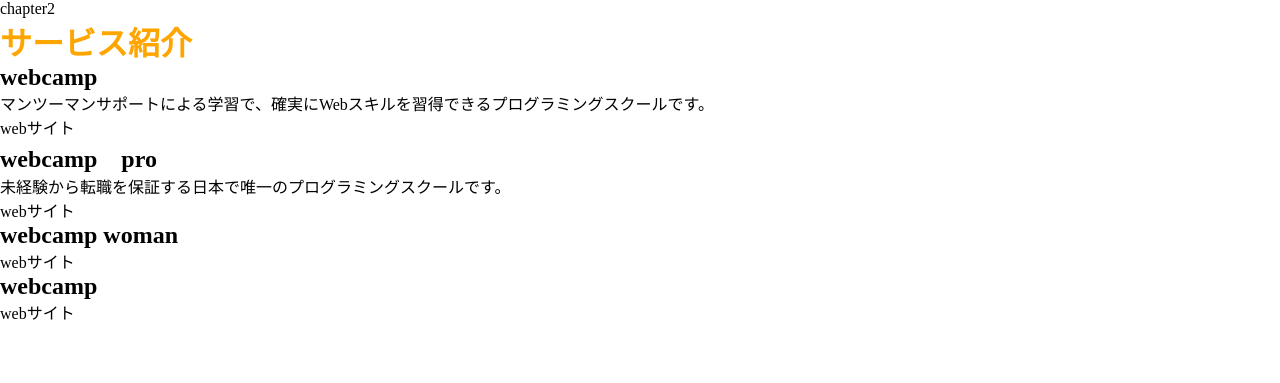
Repository: YuraTajima/DMM-all
Page: chapter2/chapter2.html
The author's editor kept a record of every edit. The page is drawn from the files as they stood at one moment, then again after the next edit.
The browser window is 1280 px wide. The pictures show the whole page.

Above is the page before.

### chapter2/chapter2.html
<!DOCTYPE html>
<html lang="ja">

  <head>

    <meta charset="UTF-8" />

    <link rel="stylesheet" href="chapter2.css" />

    <time>chapter2</time>

  </head>

  <body>

    <h1>サービス紹介</h1>


    <h2>webcamp</h2>

    <p>マンツーマンサポートによる学習で、確実にWebスキルを習得できるプログラミングスクールです。</p>

    <a>webサイト</a>


    <h2>webcamp　pro</h2>

    <p>未経験から転職を保証する日本で唯一のプログラミングスクールです。</p>

    <a>webサイト</a>


    <h2>webcamp woman</h2>

    <p></p>

    <a>webサイト</a>


    <h2>webcamp</h2>

    <p></p>

    <a>webサイト</a>

  </body>

</html>

### chapter2/chapter2.css
*{
  margin: 0;
  padding: 0;
  box-sizing: border-box;
}

h1{
  color: orange;
}

After the next edit:
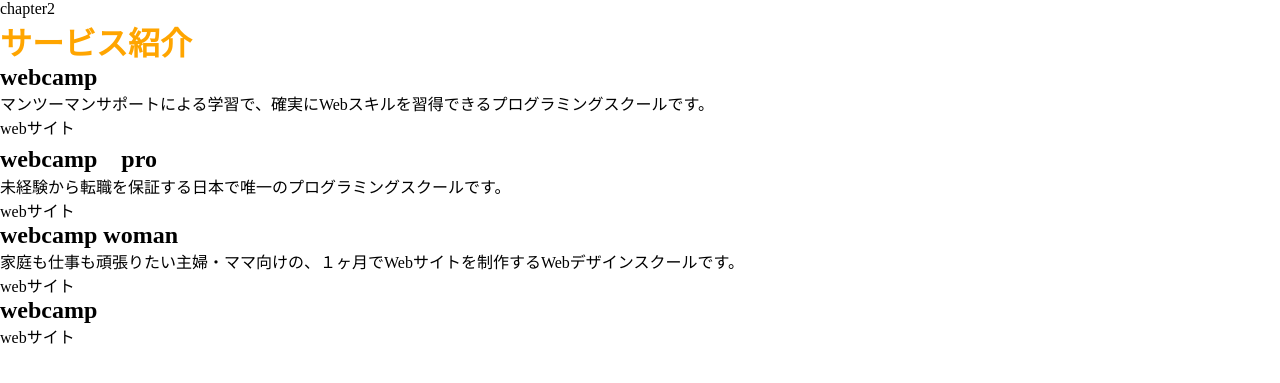
The edit:
--- a/chapter2/chapter2.html
+++ b/chapter2/chapter2.html
@@ -32,7 +32,7 @@
 
     <h2>webcamp woman</h2>
 
-    <p></p>
+    <p>家庭も仕事も頑張りたい主婦・ママ向けの、１ヶ月でWebサイトを制作するWebデザインスクールです。</p>
 
     <a>webサイト</a>
 
